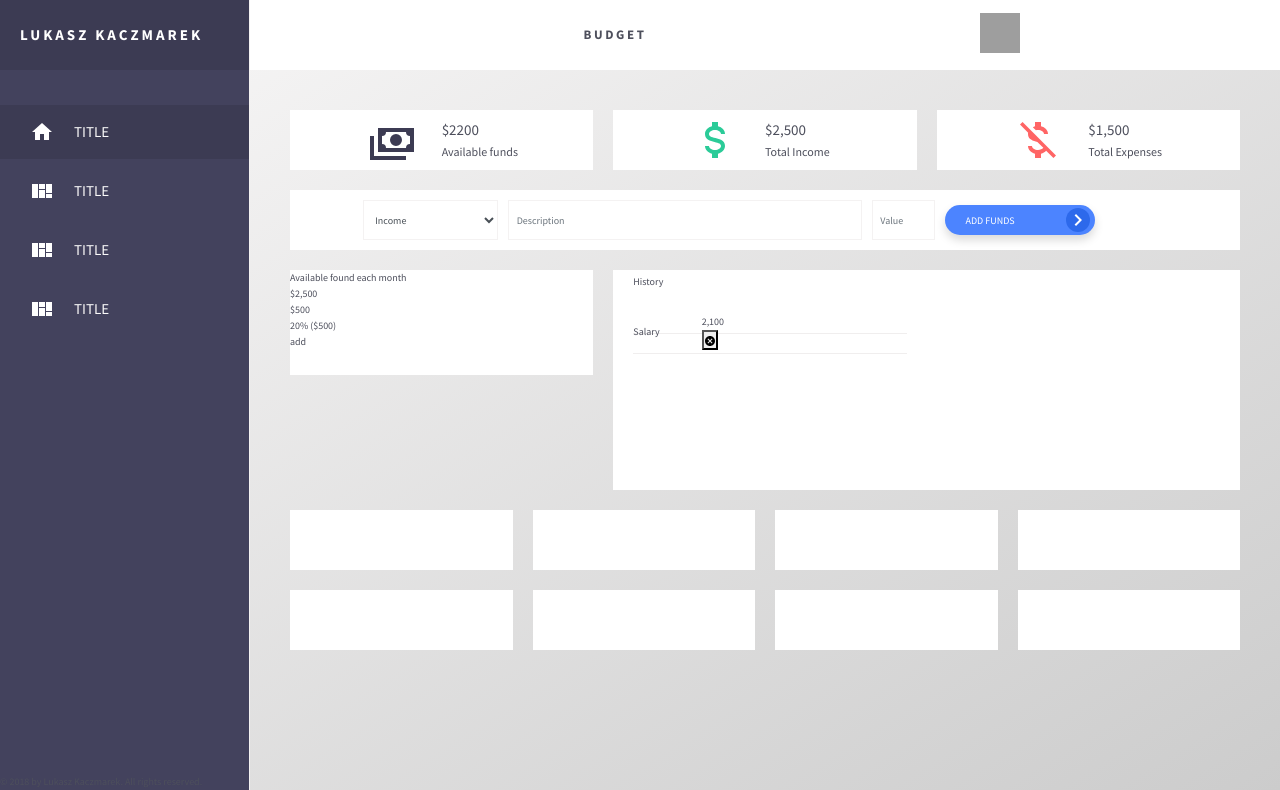
Repository: Archezi/BudgetApplication
Page: index.html
The author's editor kept a copy of each file at every save. The page is drawn from the files as they stood at one save, then again after the next save.
The browser window is 1280 px wide. The pictures show the whole page.
Pictures or frames that could not be fetched are drawn as grey boxes. The style sheet was rebuilt from its Sass, Less or Tailwind sources for each picture, by a compiler version that may differ from the author's.

Above is the page before, as saved 2018-08-30 08:58:36.
Console error: TypeError: $(...).formSelect is not a function

### index.html
<!DOCTYPE html>
<html lang="en">
<head>
    <meta charset="UTF-8">
    <meta name="viewport" content="width=device-width, initial-scale=1.0">
    <meta http-equiv="X-UA-Compatible" content="ie=edge">
    <link href="https://fonts.googleapis.com/css?family=Source+Sans+Pro:300,400,700" rel="stylesheet">
    <!--Import Google Icon Font-->
    <link href="https://fonts.googleapis.com/icon?family=Material+Icons" rel="stylesheet">
    <!--Import materialize.css-->
    <link type="text/css" rel="stylesheet" href="css/bootstrap.min.css"  media="screen,projection"/>
    <!-- Website style.css-->
    <link rel="stylesheet" href="css/style.comp.css">

    <title>Budget Application</title>

</head>
<body>
   <div class="web__container">
        <header class="header">
            <div class="logo">
                <h1>Lukasz Kaczmarek</h1>
            </div>
            <div class="page_title">
                <h2>Budget</h2>
            </div>
            <div class="user-nav">
                <div class="user-nav__icon"></div>
                <div class="user-nav__profile">
                    <img src="https://source.unsplash.com/random/40x40" alt="">
                </div>
            </div>
        </header>

        <div class="content">
            <nav class="sidebar">
                <ul class="side-nav">
                    <li class="side-nav__item side-nav__item--active">
                        <a href="#" class="side-nav__link">
                                <svg class="side-nav__icon" style="width:24px;height:24px" viewBox="0 0 24 24">
                                    <path fill="#fff" d="M10,20V14H14V20H19V12H22L12,3L2,12H5V20H10Z" />
                                </svg>
                            <span>Title</span>
                        </a>
                    </li>
                    <li class="side-nav__item ">
                        <a href="#" class="side-nav__link">
                            <svg class="side-nav__icon" style="width:24px;height:24px" viewBox="0 0 24 24">
                                <path fill="#000000" d="M2,5V19H8V5H2M9,5V10H15V5H9M16,5V14H22V5H16M9,11V19H15V11H9M16,15V19H22V15H16Z" />
                            </svg>
                            <span>Title</span>
                        </a>
                    </li>
                    <li class="side-nav__item ">
                        <a href="#" class="side-nav__link">
                            <svg class="side-nav__icon" style="width:24px;height:24px" viewBox="0 0 24 24">
                                <path fill="#000000" d="M2,5V19H8V5H2M9,5V10H15V5H9M16,5V14H22V5H16M9,11V19H15V11H9M16,15V19H22V15H16Z" />
                            </svg>
                            <span>Title</span>
                        </a>
                    </li>
                    <li class="side-nav__item ">
                        <a href="#" class="side-nav__link">
                            <svg class="side-nav__icon" style="width:24px;height:24px" viewBox="0 0 24 24">
                                <path fill="#000000" d="M2,5V19H8V5H2M9,5V10H15V5H9M16,5V14H22V5H16M9,11V19H15V11H9M16,15V19H22V15H16Z" />
                            </svg>
                            <span>Title</span>
                        </a>
                    </li>
                </ul>

                <div class="legal">
                    &copy; 2018 by Lukasz Kaczmarek. All rights reserved.
                </div>
            </nav>

            <div class="main">

                <div class="overview">
                    <div class="total__available-funds">
                        <svg style="width:48px;height:48px" viewBox="0 0 24 24">
                            <path fill="#000000" d="M5,6H23V18H5V6M14,9A3,3 0 0,1 17,12A3,3 0 0,1 14,15A3,3 0 0,1 11,12A3,3 0 0,1 14,9M9,8A2,2 0 0,1 7,10V14A2,2 0 0,1 9,16H19A2,2 0 0,1 21,14V10A2,2 0 0,1 19,8H9M1,10H3V20H19V22H1V10Z" />
                        </svg>
                        <div class="total-funds">$2200</div>
                        <div class="total-funds-description">Available funds</div>
                    </div>
                    <div class="total__income">
                        <svg style="width:48px;height:48px" viewBox="0 0 24 24">
                            <path fill="#000000" d="M7,15H9C9,16.08 10.37,17 12,17C13.63,17 15,16.08 15,15C15,13.9 13.96,13.5 11.76,12.97C9.64,12.44 7,11.78 7,9C7,7.21 8.47,5.69 10.5,5.18V3H13.5V5.18C15.53,5.69 17,7.21 17,9H15C15,7.92 13.63,7 12,7C10.37,7 9,7.92 9,9C9,10.1 10.04,10.5 12.24,11.03C14.36,11.56 17,12.22 17,15C17,16.79 15.53,18.31 13.5,18.82V21H10.5V18.82C8.47,18.31 7,16.79 7,15Z" />
                        </svg>
                        <div class="total__income-funds">$2,500</div>
                        <div class="total__income-description">Total Income</div>

                    </div>
                    <div class="total__expenses">
                        <svg style="width:48px;height:48px" viewBox="0 0 24 24">
                            <path fill="#000000" d="M3,4.27L4.28,3L21,19.72L19.73,21L16.06,17.33C15.44,18 14.54,18.55 13.5,18.82V21H10.5V18.82C8.47,18.31 7,16.79 7,15H9C9,16.08 10.37,17 12,17C13.13,17 14.14,16.56 14.65,15.92L11.68,12.95C9.58,12.42 7,11.75 7,9C7,8.77 7,8.55 7.07,8.34L3,4.27M10.5,5.18V3H13.5V5.18C15.53,5.69 17,7.21 17,9H15C15,7.92 13.63,7 12,7C11.63,7 11.28,7.05 10.95,7.13L9.4,5.58L10.5,5.18Z" />
                        </svg>
                        <div class="total__expenses-funds">$1,500</div>
                        <div class="total__expenses-description">Total Expenses</div>

                    </div>
                </div>
                <div class="input__section-wrapper">
                    <div class="input__section">
                        <select  class="form-control input__type ">
                            <!-- <option value="" >Choose type</option> -->
                            <option class="input__option" value="inc">Income</option>
                            <option class="input__option" value="exp">Expense</option>
                        </select>
                        <input placeholder="Description" class="form-control input__description" type="text">
                        <input placeholder="Value" class="form-control input__value" type="text">
                        <button class="shadow btn input__btn add__btn">Add Funds
                                <svg style="width:24px;height:24px" viewBox="0 0 24 24">
                                    <path fill="#000000" d="M8.59,16.58L13.17,12L8.59,7.41L10,6L16,12L10,18L8.59,16.58Z" />
                                </svg>
                        </button>
                    </div>
                </div>




                <div class="budget">
                    <div class="available-funds-panel">
                        <div class="available-funds__title">Available found each month</div>
                        <div class="available-found__value">$2,500</div>
                        <div class="available-found__deposit">$500</div>
                        <div class="available-found__deposit--percentage">20% ($500)</div>
                        <div class="available-found__btn add__btn">
                            <i></i>add
                        </div>
                    </div>

                    <div class="history-panel">
                        <div class="history-panel--title">History</div>
                        <div class="history__income-container">

                            <div class="history__income-list-item">
                                <div class="history__income-left">Salary</div>
                                <div class="history__income-right">
                                    <div class="item__value">2,100</div>
                                    <div class="item__delete">
                                        <button type="button" class="item__delete--btn  ">
                                                <svg style="width:12px;height:12px" viewBox="0 0 24 24">
                                                    <path fill="#000000" d="M12,2C17.53,2 22,6.47 22,12C22,17.53 17.53,22 12,22C6.47,22 2,17.53 2,12C2,6.47 6.47,2 12,2M15.59,7L12,10.59L8.41,7L7,8.41L10.59,12L7,15.59L8.41,17L12,13.41L15.59,17L17,15.59L13.41,12L17,8.41L15.59,7Z" />
                                                </svg>
                                        </button>
                                    </div>
                                </div>
                            </div>
                            <div class="history__income-list-item">

                            </div>


                        </div>


                        <div class="history__expense-container"></div>

                    </div>

                </div>
                <div class="statistics">
                    <div class="net-profit-panel"></div>
                    <div class="tax-panel"></div>
                    <div class="savings-panel"></div>
                    <div class="projections"></div>

                </div>
                <div class="statistics">
                    <div class="net-profit-panel"></div>
                    <div class="tax-panel"></div>
                    <div class="savings-panel"></div>
                    <div class="projections"></div>

                </div>



            </div>


        </div>




   </div>

   <!-- Compiled and minified JavaScript -->
   <script src="js/jquery.min.js"></script>
   <script src="js/bootstrap.js"></script>
   <!-- <script src="https://cdnjs.cloudflare.com/ajax/libs/materialize/1.0.0-rc.2/js/materialize.min.js"></script> -->
   <script src="js/myscript.js"></script>
</body>
</html>

### js/myscript.js
$(document).ready(function(){
    $('select').formSelect();
  });

### sass/main.scss
@import "base/reset";
@import "base/base";
@import "base/typography";

@import "abstracts/variables";
@import "components/mainComponent";
@import "components/layout";

### sass/base/_base.scss
:root {
    --color-primary: #eb2f64;
    --color-primary-light: #FF3366;
    --color-primary-dark: #BA265D;

    --color-background-dark: #3C3B53;
    --color-background-light: #43425D;

    --color-grey-light-1: #faf9f9;
    --color-grey-light-2: #f4f2f2;
    --color-grey-light-3: #f0eeee;
    --color-grey-light-4: #ccc;

    --color-grey-dark-1: #333;
    --color-grey-dark-2: #4D4F5C;
    --color-grey-dark-3: #999;
    --color-white: #fff;
    --shadow-dark: 0 2rem 6rem rgba(0,0,0,.3);
    --shadow-light: 0 2rem 5rem rgba(0,0,0,.06);


    --button-primary-blue: #4c84ff;
    --button-primary-blue-darker: #2d69eb;
    --button-secondary-green: #2bcb98;
    --button-secondary-red: #FF6565;

    --line: 1px solid var(--color-grey-light-2);
}

$bp-largest: 75em;     // 1200px
$bp-large: 68.75em;    // 1100px
$bp-medium: 56.25em;   // 900px
$bp-small: 37.5em;     // 600px
$bp-smallest: 31.25em; // 500px

* {
    margin: 0;
    padding: 0;
}

*,
*::before,
*::after {
    box-sizing: inherit;
}

html {
    box-sizing: border-box;
    font-size: 62.5%; // 1rem = 10px, 10px/16px = 62.5%

    @media only screen and (max-width: $bp-large) {
        font-size: 50%;
    }
}

body {


    color: var(--color-grey-dark-2);
    background-image: linear-gradient(to right bottom, var(--color-grey-light-1), var(--color-grey-light-4));
    background-size: cover;
    background-repeat: no-repeat;

    min-height: 100vh;
}

### sass/base/_typography.scss
body {

    font-weight: 400;
    line-height: 1.6;
    font-family: 'Source Sans Pro', sans-serif;
    text-rendering: optimizeLegibility;
    -webkit-font-smoothing: antialiased;

}

### sass/abstracts/_variables.scss
$header-height: 7rem;
$sidebar-width: 25rem;
$main: calc(4rem + $header-height );
$fraction: 1fr;

### sass/components/_mainComponent.scss

//////////////////////////////////////////
// Header

.logo {
    width: 25rem;
    padding: 0 2rem;

    border-right: var(--line);
    background: var(--color-background-dark);
    h1 {

        align-self: center;
        font-size: 1.5rem;
        font-weight: 700;
        line-height: 2rem;
        letter-spacing: 0.2em;
        text-transform: uppercase;
        padding: 2.5rem 0;
        color: var(--color-white);

    }
}
.page_title {
    width: 30rem;
    text-align: center;
    h2 {
        font-size: 1.3rem;
        font-weight: 700;
        letter-spacing: 0.2em;
        text-transform: uppercase;
    }
}
.user-nav {
    width: 30rem;
}
.side-nav {
    font-size: 1.5rem;
    list-style: none;
    margin-top: 3.5rem;

    &__item {
        position: relative;
        float: none;
        &:not(:last-child) {
            margin-bottom: .5rem;
        }
    }
    &__item::before {
        content: "";
        position: absolute;
        top: 0;
        left: 0;
        height: 100%;
        width: 3px;
        background-color: var(--color-background-dark);
        transform: scaleY(0);
        transition: transform .2s,
                    width .4s cubic-bezier(1,0,0,1) .2s,
                    background-color .1s;
    }

    &__item:hover::before,
    &__item--active::before {
        transform: scaleY(1);
        width: 100%;
    }

    &__item:active::before {
        background-color: var(--color-background-light);
    }

    &__link:link,
    &__link:visited {
        color: var(--color-grey-light-1);
        text-decoration: none;
        text-transform: uppercase;
        display: block;
        padding: 1.5rem 3rem;
        position: relative;
        z-index: 10;

        display: flex;
        align-items: center;

        @media only screen and (max-width: $bp-medium) {
            justify-content: center;
            padding: 2rem;
        }

        @media only screen and (max-width: $bp-small) {
            flex-direction: column;
            padding: 1.5rem .5rem;
        }
    }

    &__icon {
        width: 1.75rem;
        height: 1.75rem;
        margin-right: 2rem;
        fill: currentColor;
        path {
            fill: #fff;
        }
        @media only screen and (max-width: $bp-small) {
            margin-right: 0;
            margin-bottom: .7rem;
            width: 1.5rem;
            height: 1.5rem;
        }
    }
}

////////////////////////////////////////
// INPUT BAR
.input {
    &__section-wrapper {

    }
    &__section {

        .form-control {

            border-radius: 0;
            border-color: var(--color-grey-light-2);
        }
    }
    &__type {

    }
    &__description {

    }
    &__value {

    }
    &__option {
        width: 100%;
    }
    &__btn {
        position: relative;
        border-radius: 3rem;
        width: 15rem;
        height: 3rem;
        color: var(--color-white);
        background: var(--button-primary-blue);
        text-align: left;
        text-transform: uppercase;
        padding-left: 2rem;
        svg {
            position: absolute;
            top: 50%;
            right: .4rem;
            background-color: var(--button-primary-blue-darker);
            border-radius: 50%;
            transform: translateY(-50%);
            path { fill: var(--color-white);}

            &::before {
                width: 1rem;
                height: 1rem;
                padding: 1rem;
                border-radius: 50%;
                background: blue;
            }
        }
    }

}

### sass/components/_layout.scss
.web__container {
    max-width: 100% !important;
    min-height: 100vh;
    margin: 0 auto;

}

.header {
    height: $header-height;
    background: var(--color-white);
    position: fixed;
    top: 0;
    width: 100%;
    display: flex;
    justify-content: space-between;
    align-items: center;
    z-index: 1000;
}
.content {

}

///////////////////////////////////////
// SIDEBAR

.sidebar {
    border-right: var(--line);
    background-color: var(--color-background-light);
    position: fixed;
    left: 0;
    top: 0;
    width: 25rem;
    margin-top: $header-height;
    // width: 25rem;
    display: flex;
    flex-direction: column;
    justify-content: space-between;
    min-height: calc(100vh );
    z-index: 999;
}

//////////////////////////////////////////
// MAIN
.main {
    margin-top: $header-height;
    padding: 4rem 4rem 7rem 29rem;
    width: 100%;
    min-height: calc(100vh - 7rem);
    display: grid;
    grid-gap: 2rem;
    grid-auto-rows: minmax(5rem, auto);



    ////////////////////////////////////////
    // OVERVIEW
    .overview {
        display: grid;
        grid-gap: 2rem;
        grid-template-columns: repeat(3, 1fr);

        & > * {
            background: var(--color-white);
        }

        .total {
            &__available-funds {
                display: grid;
                grid-template-columns: 10rem 10rem;
                grid-auto-rows: auto;
                align-items: center;
                justify-content: center;
                svg {
                    justify-self: center;
                    grid-row: span 2;
                    path {
                        fill: var(--color-background-dark);
                    }
                }
            }
            &-funds {
                font-size: 1.5rem;
                font-weight: 400;
                align-self: end;
            }
            &-funds-description {
                font-size: 1.2rem;
                font-weight: 400;
                align-self: start;
            }

            &__income {

                display: grid;
                grid-template-columns: 10rem 10rem;
                grid-auto-rows: auto;
                align-items: center;
                justify-content: center;

                svg {
                    justify-self: center;
                    grid-row: span 2;
                    path {
                        fill: var(--button-secondary-green);
                    }
                }
                &-funds {
                    font-size: 1.5rem;
                    font-weight: 400;
                    align-self: end;
                }
                &-description {
                    font-size: 1.2rem;
                    font-weight: 400;
                    align-self: start;
                }
            }
            &__expenses {
                display: grid;
                grid-template-columns: 10rem 10rem;
                grid-auto-rows: auto;
                align-items: center;
                justify-content: center;

                svg {
                    justify-self: center;
                    grid-row: span 2;
                    path {
                        fill: var(--button-secondary-red);
                    }


                }
                &-funds {
                    font-size: 1.5rem;
                    font-weight: 400;
                    align-self: end;
                }
                &-description {
                    font-size: 1.2rem;
                    font-weight: 400;
                    align-self: start;
                }
            }
        }


    }

    ////////////////////////////////////////
    // INPUT BAR
    .input {
        &__section-wrapper {
            display: grid;

            background: var(--color-white);
            align-content: center;
            justify-content: center;

        }
        &__section {
            display: grid;
            grid-gap: 1rem;
            grid-template-columns: repeat(12, 1fr);
            align-items: center;

            .form-control {
                height: 4rem;
                border-radius: 0;
                border-color: var(--color-grey-light-2);
            }
        }
        &__type {
            grid-column: 2 / span 2;
        }
        &__description {
            grid-column: 4 / span 5;
        }
        &__value {
            grid-column: 9 / span 1;
        }
        &__btn {
            grid-column: 10 / span 1;

        }

    }
    ////////////////////////////////////////
    // BUDGET
    .budget {
        display: grid;
        grid-gap: 2rem;
        grid-template-columns: repeat(3, 1fr);
        grid-row: span 3;
        & > * {
            background: var(--color-white);
        }

        ////////////////////////////////////////
        // BUDGET - STATISTICS
        .history-panel {
            grid-column: 2 / span 2;
            grid-row: 1/ span 3;
            display: grid;
            grid-template-columns: 1fr 1fr;
            grid-template-rows: 1fr 8fr;
            &--title {
                grid-column: span 2;
                align-self: center;
                padding:0 2rem;
            }

        }
        .history__income {
            &-container {
                padding: 2rem;
            }
            &-list-item {
                display: grid;
                grid-template-columns: repeat(4, 1fr);
                justify-content: space-between;
                align-items: center;
                height: 2rem;
                border-bottom:0.05rem solid var(--color-grey-light-3);
            }
        }
    }
    ////////////////////////////////////////
    // BUDGET - STATISTICS
    .statistics {
        display: grid;
        grid-gap: 2rem;
        grid-template-columns: repeat(4, 1fr);

        & > * {
            background: var(--color-white);
        }

    }
}


//////////////////////////////////////////////@at-root
// Footer
.footer {
    position: absolute;
    bottom: 0;
    background: var(--color-white);
    z-index: 1;
    height: $header-height;
    width: calc(100%);
    z-index: 100;
}

Loaded but not shown: css/bootstrap.min.css (library); js/jquery.min.js (library); js/bootstrap.js (library); sass/base/_reset.scss (common file)

After the next save:
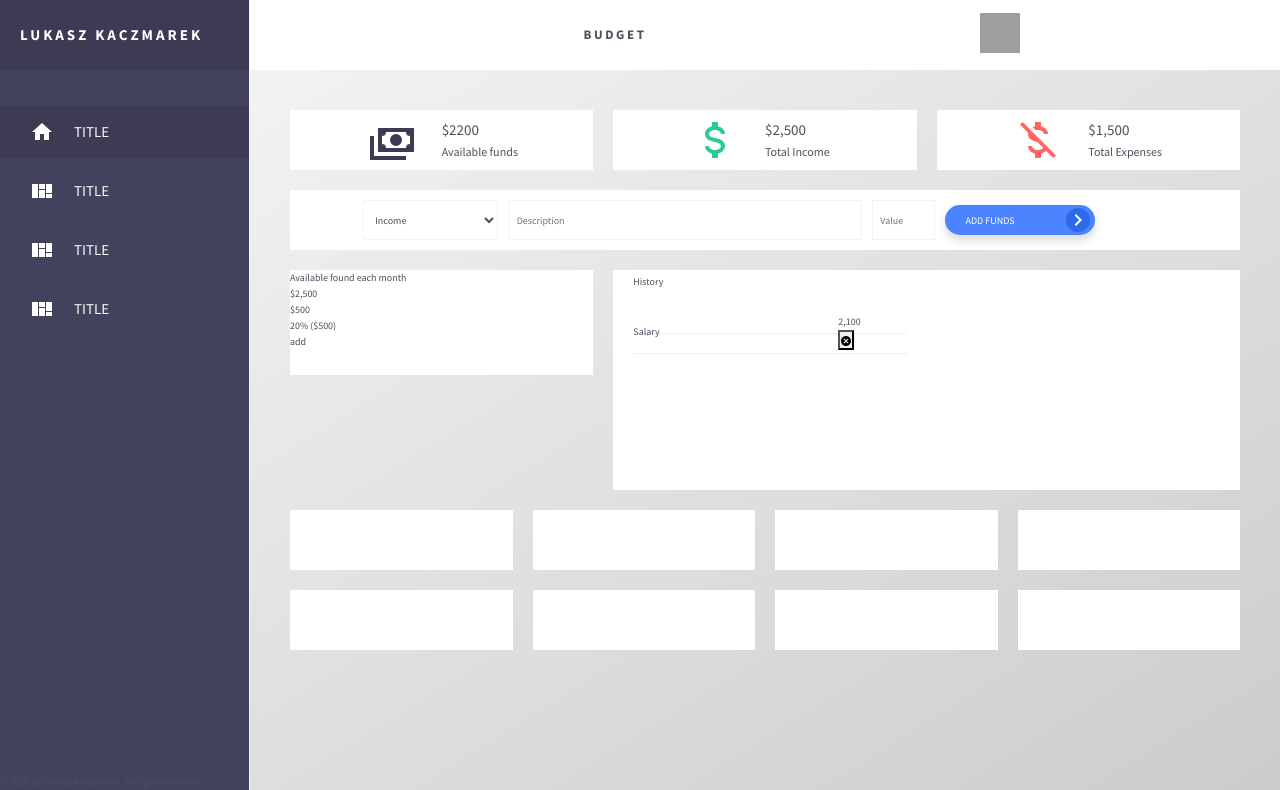
Saved 44 s later.
--- a/sass/components/_layout.scss
+++ b/sass/components/_layout.scss
@@ -223,6 +223,9 @@
                 height: 2rem;
                 border-bottom:0.05rem solid var(--color-grey-light-3);
             }
+            &-left {
+                grid-column: span 3;
+            }
         }
     }
     ////////////////////////////////////////
